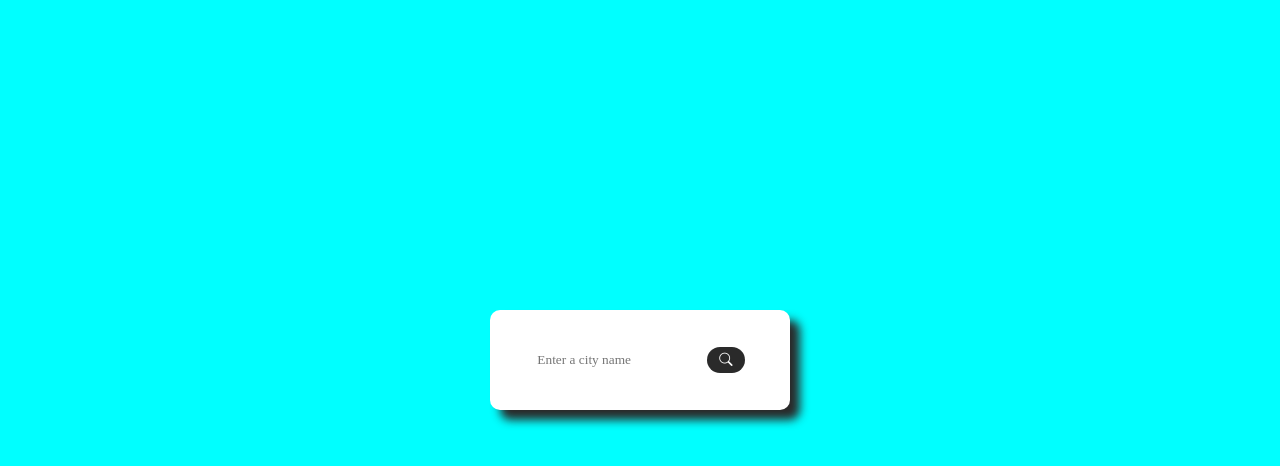
Repository: CrissRT/weather
Page: index.html
The author's editor kept a copy of each file at every save. The page is drawn from the files as they stood at one save, then again after the next save.
The browser window is 1280 px wide. The pictures show the whole page.
Some web fonts or font styles are not loaded; a fallback is used.

Above is the page before, as saved 2024-06-30 18:49:35.

After the next save:
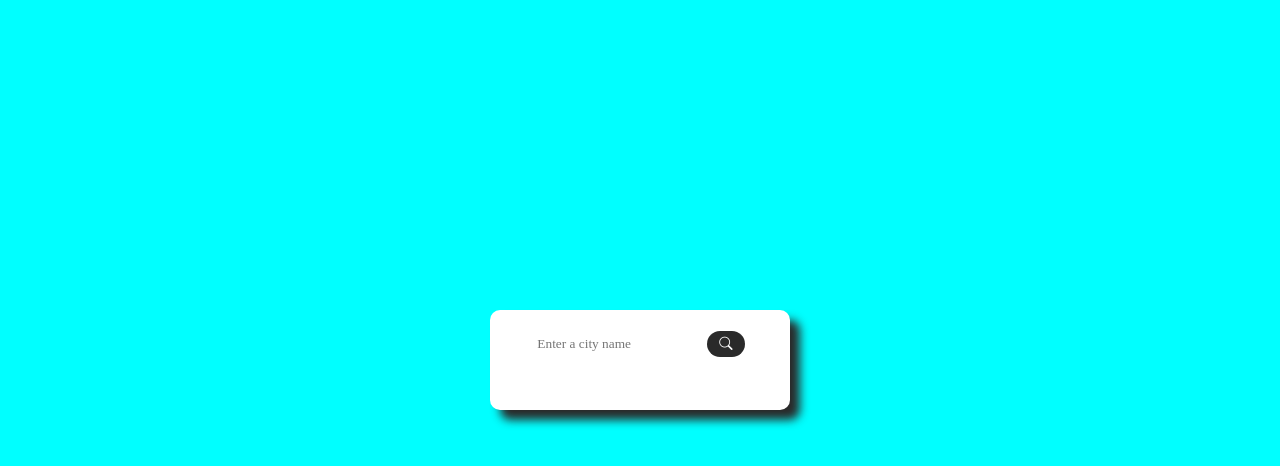
Saved 46 s later.
--- a/index.html
+++ b/index.html
@@ -14,7 +14,7 @@
             <input type="text" id="search-input" placeholder="Enter a city name" maxlength="50">
             <button type="submit" id="search-button"><i class="bi bi-search"></i></button>
         </form>
-        <div id="output"></div>
+        <ul id="output"></ul>
     </div>
 
     <!-- Scripts -->
